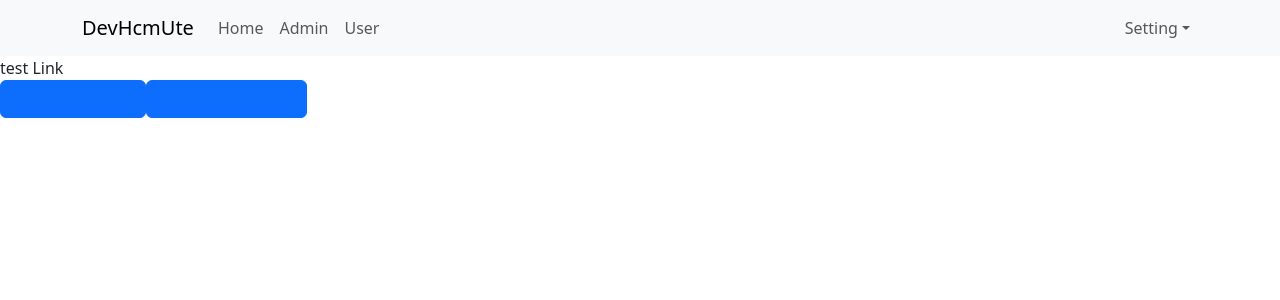
Repository: nnbxxx/React-Untimate
Page: /
These files come from the project's save history. The page is drawn as it stood at one moment and after the next save; the edit follows.
The browser window is 1280 px wide. The pictures show the whole page.
The project was rebuilt for these pictures with package versions that can differ from the ones it lists, and the page was loaded fresh each time. Also part of the build but not shown: src/components/User/User.js, src/components/Admin/Admin.js.

Above is the page before, as saved 2023-04-11 16:47:40.

After the next save:
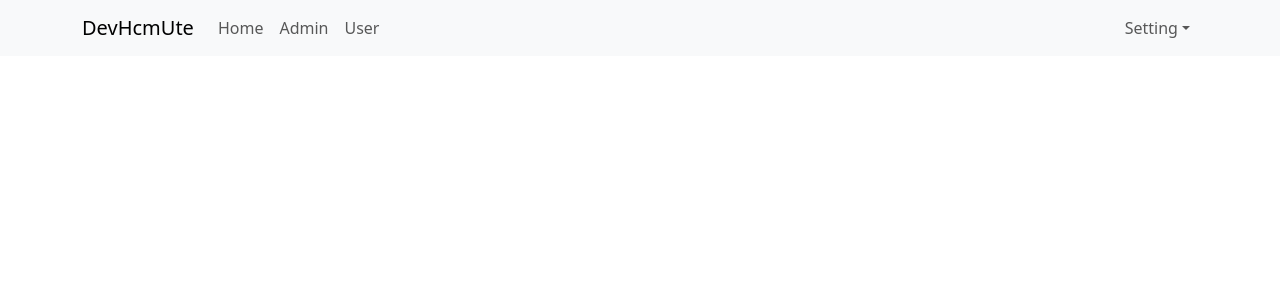
Saved 24 s later.
--- a/src/App.js
+++ b/src/App.js
@@ -13,17 +13,6 @@ const App = () => {
         <div className='sidenav-container'></div>
       </div>
       <div className='app-content'></div>
-      <div>
-        test Link
-        <div>
-          <Button>
-            <Link to='./users'>Go to user page</Link>
-          </Button>
-          <Button>
-            <Link to='./admins'>Go to admin page</Link>
-          </Button>
-        </div>
-      </div>
     </div>
   );
 };
